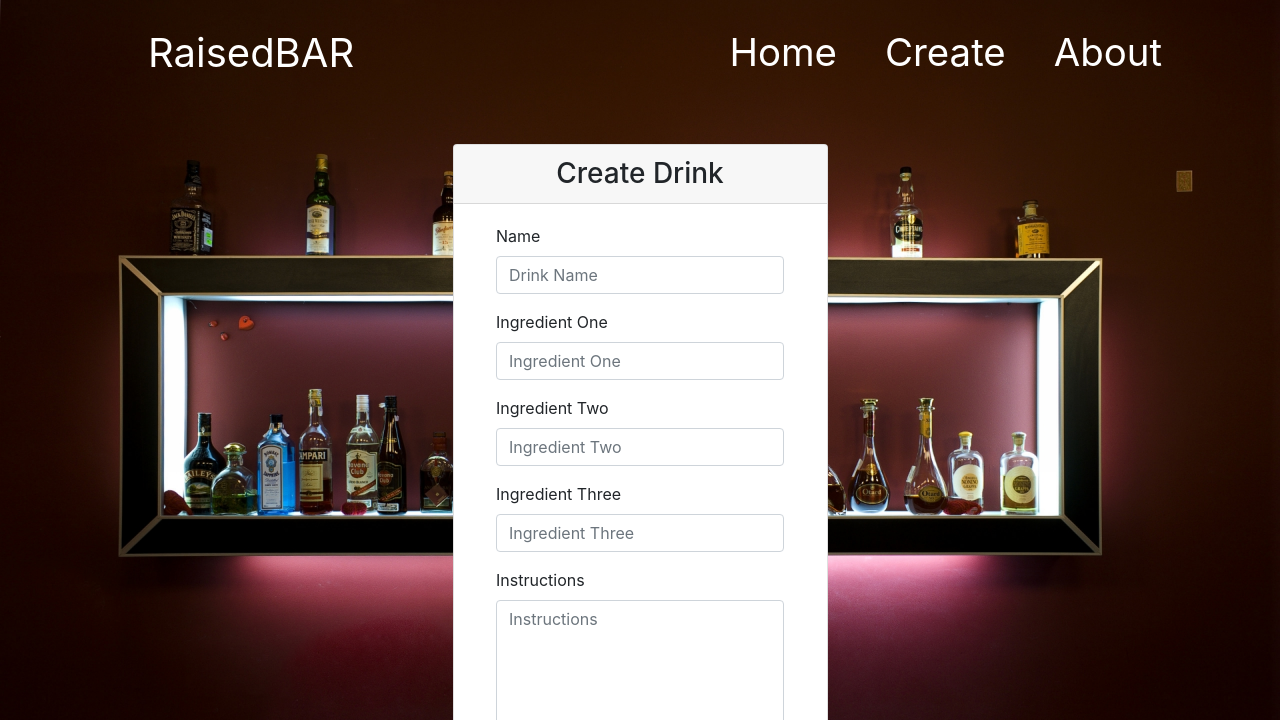
Repository: Ianodad/RaisedBar
Page: /create-drink
An editor plug-in stored every save of this project. The page is shown before and after a run of saves, followed by the edit.
The browser window is 1280 px wide. The pictures show the whole page.
The project was rebuilt for these pictures with package versions that can differ from the ones it lists, and the page was loaded fresh each time. Also part of the build but not shown: src/api/client.js, src/api/cocktaildb.js, src/component/Search/index.js, src/component/Common/Button/Button.js, src/pages/Home.css, src/component/Common/showCard/Card.css, src/component/Common/showCard/Card.js, src/component/CollectionView/index.js and 4 more.

Above is the page before, as saved 2021-02-02 09:33:21.

### src/index.js
import React from 'react';
import ReactDOM from 'react-dom';
import App from './App';
import reportWebVitals from './reportWebVitals';

import { BrowserRouter } from "react-router-dom";
// import 'bootstrap/dist/css/bootstrap.min.css';
import 'bootstrap/dist/css/bootstrap.min.css';




ReactDOM.render(
  <BrowserRouter>
    <App />
  </BrowserRouter>,
  document.getElementById('root')
);

// If you want to start measuring performance in your app, pass a function
// to log results (for example: reportWebVitals(console.log))
// or send to an analytics endpoint. Learn more: https://bit.ly/CRA-vitals
reportWebVitals();

### src/App.js
import {Route, Switch, Redirect } from "react-router-dom";
import React, { Component } from "react";

import Home from "./pages/Home";
import Details from "./pages/Details";
import CreateDrink from "./pages/CreateDrink";
import SearchPage from "./pages/SearchPage";


import NotFound from "./pages/NotFound";
import Navbar from "./component/Navbar";


class App extends Component {
  render() {
    return (
      <React.Fragment>
       {/* <Navbar/> */}
        <Switch>
					<Route path='/' exact component={Home} />
					<Route exact path='/details/:id' component={Details}/>
          <Route exact path='/create-drink' component={CreateDrink}/>
          <Route exact path='/search' component={SearchPage}/>
					<Route path='/notFound' component={NotFound} />
					<Redirect to='/notFound' />
				</Switch>
     </React.Fragment>
    )
  }
}

export default App

### src/pages/CreateDrink.js
import React, { Component } from "react";
import Layout from "../component/Layout/index";
import { Formik } from "formik";
import firebase from '../firebase'
import nextId from "react-id-generator";


import * as Yup from 'yup';


const validationSchema = Yup.object().shape({
  drinkName : Yup.string()
    .required()
    .email("well that's not an email")

});

class CreateDrink extends Component {

  componentDidMount = async()=>{

    return firebase.firestore().collection("Cocktail")
      .doc("DrinksCreated")
      .set({
        timecreate: firebase.firestore.FieldValue.serverTimestamp(),
        drinkName:'coke',
        ingredient1: "water",
        ingredient2: 'ice',
        ingredient3: "sugar",
        instructions:"mix all together"
      })
      .then(function () {
        console.log("Document successfully written!");
      })
      .catch(function (error) {
        console.error("Error writing document: ", error);
      });

  }

    handleCreateDrink = ({drinkName, ingredient1, ingredient2, ingredient3, instructions}) => {
      console.log(drinkName, ingredient1, ingredient2, ingredient3, instructions)
     return firebase.firestore().collection("Cocktail")
      .doc(drinkName)
      .set({
        idDrink:  nextId(),
        timeCreate: firebase.firestore.FieldValue.serverTimestamp(),
        drinkName: drinkName,
        ingredient1: ingredient1,
        ingredient2: ingredient2,
        ingredient3: ingredient3,
        instructions: instructions
      })
      .then(function () {
        console.log("Document successfully written!");
        window.location = "/";
      })
      .catch(function (error) {
        console.error("Error writing document: ", error);
      });

    };
  render() {
    return (
      <Layout className="container-fluid h-100">
        <div
          className="card card-outline-secondary mx-auto"
          style={{ top: "20%", width: "30%" }}
        >
          <div className="card-header">
            <h3 className="mb-0 text-center">Create Drink</h3>
          </div>
          <div className="card-body mx-auto">
            <Formik
              initialValues={{
                drinkName: "",
                ingredient1: "",
                ingredient2: "",
                ingredient3: "",
                file:"",
                instructions: "",
              }}
              validate={this.validationSchema}
              onSubmit={(values) => {
                this.handleCreateDrink(values);
              }}
            >
              {({
                values,
                handleChange,
                handleBlur,
                handleSubmit,
                isSubmitting,
              }) => (
                <form
                  className="form"
                  role="form"
                  autoComplete="off"
                  onSubmit={handleSubmit}
                  style={{width:'18em'}}
                >
                  <div className="form-group">
                    <label htmlFor="inputName">Name</label>
                    <input
                      type="text"
                      name="drinkName"
                      onChange={handleChange("drinkName")}
                      onBlur={handleBlur}
                      // value={values.drinkName}
                      className="form-control"
                      id="drinkName"
                      placeholder="Drink Name"
                    />
                  </div>
                  <div className="form-group">
                    <label htmlFor="ingredient1">Ingredient One</label>
                    <input
                      type="text"
                      className="form-control"
                      onChange={handleChange("ingredient1")}
                      // value={values.ingredient1}
                      onBlur={handleBlur}
                      id="ingredient1"
                      placeholder="Ingredient One"
                      required
                    />
                  </div>
                  <div className="form-group">
                    <label htmlFor="ingredient2">Ingredient Two</label>
                    <input
                      type="text"
                      className="form-control"
                      // value={values.ingredient2}
                      onChange={handleChange("ingredient2")}
                      onBlur={handleBlur}
                      id="ingredient2"
                      placeholder="Ingredient Two"
                      required
                    />
                  </div>
                  <div className="form-group">
                    <label htmlFor="ingredient3">Ingredient Three</label>
                    <input
                      type="text"
                      className="form-control"
                      // value={values.ingredient3}
                      onChange={handleChange("ingredient3")}
                      onBlur={handleBlur}
                      id="ingredient3"
                      placeholder="Ingredient Three"
                      required
                    />
                  </div>
                  {/* <div className="form-group">
                    <label for="file">File upload</label>
                    <input
                      id="file"
                      name="file"
                      type="file"
                      onChange={handleChange("file")}
                      className="form-control"
                    />
                  </div> */}
                  <div className="form-group">
                    <label htmlFor="instructions">Instructions</label>
                    <textarea
                      type="text"
                      className="form-control"
                      // value={values.instructions}
                      onChange={handleChange("instructions")}
                      id="instructions"
                      placeholder="Instructions"
                      rows="5"
                      required
                    />
                  </div>
                  <div className="form-group">
                    <button
                      type="submit"
                      className="btn btn-success btn-lg mx-auto"
                    >
                      Create Drink
                    </button>
                  </div>
                </form>
              )}
            </Formik>
          </div>
        </div>
      </Layout>
    );
  }
}

export default CreateDrink;

### src/component/Navbar/index.js
import React, { Component } from 'react'
import { NavLink } from "react-router-dom";

import "./Navbar.css";




class index extends Component {
    render() {
        return (
          <nav className="nav">
            <div className="container">
              <div className="logo">
                <a href="#" style={{color:"white"}}>RaisedBAR</a>
              </div>
              <div id="mainListDiv" className="main_list">
                <ul className="navlinks">
                  <li>
                    <NavLink active to="/">
                        Home
                    </NavLink>
                  </li>
                  <li>
                    <NavLink to="/create-drink">
                        Create
                    </NavLink>
                  </li>
                  <li>
                    <NavLink to="/about">
                       About
                    </NavLink>
                  </li>
                </ul>
              </div>
              <span className="navTrigger">
                <i />
                <i />
                <i />
              </span>
            </div>
          </nav>
        );
    }
}

export default index

### src/component/Layout/index.js
import React, { Component } from 'react'
import "./Layout.css";
import Navbar from "../Navbar";


class index extends Component {
    render() {
        const {className, style, }= this.props
        return (
            <div className={className} style={{style}} id="main-body">
                <Navbar/>
                {this.props.children}
            </div>
        )
    }
}

export default index

### src/firebase.js
import firebase from 'firebase'

import 'firebase/firestore'

const firebaseConfig = {
    apiKey: process.env.REACT_APP_FIREBASE_API_KEY,
    authDomain: process.env.REACT_APP_FIREBASE_AUTH_DOMAIN,
    projectId: process.env.REACT_APP_FIREBASE_PROJECT_ID,
    storageBucket: process.env.REACT_APP_FIREBASE_STORAGE_BUCKET,
    messagingSenderId: process.env.REACT_APP_FIREBASE_MASSAGING_SENDER_ID,
    appId: process.env.REACT_APP_FIREBASE_APP_ID,
    measurementId: process.env.REACT_APP_FIREBASE_MEASUREMENT_ID
  };


firebase.initializeApp(firebaseConfig);

export default firebase;

### src/component/Navbar/Navbar.css
@import url('https://fonts.googleapis.com/css?family=Quicksand:400,500,700');

.nav {
    width: 100%;
    height: 65px;
    position: fixed;
    line-height: 65px;
    text-align: center;
}

.nav div.logo {
    float: left;
    width: auto;
    height: auto;
    padding-left: 3rem;
}

.nav div.logo a {
    text-decoration: none;
    color: black;
    font-size: 2.5rem;
}

.nav div.logo a:hover {
    color: #e61b00;
}

.nav div.main_list {
    height: 65px;
    float: right;
}

.nav div.main_list ul {
    width: 100%;
    height: 65px;
    display: flex;
    list-style: none;
    margin: 0;
    padding: 0;
}

.nav div.main_list ul li {
    width: auto;
    height: 65px;
    padding: 0;
    padding-right: 3rem;
}

.nav div.main_list ul li a {
    text-decoration: none;
    color: rgb(255, 255, 255);
    line-height: 65px;
    font-size: 2.4rem;
}

.nav div.main_list ul li a:hover {
    color: #e62300;
}


.navTrigger {
    display: none;
}

.nav {
    padding-top: 20px;
    padding-bottom: 20px;
    -webkit-transition: all 0.4s ease;
    transition: all 0.4s ease;
}


/* Media qurey section */


@media screen and (max-width:768px) {
    .navTrigger {
        display: block;
    }
    .nav div.logo {
        margin-left: 15px;
    }
    .nav div.main_list {
        width: 100%;
        height: 0;
        overflow: hidden;
    }
    .nav div.show_list {
        height: auto;
        display: none;
    }
    .nav div.main_list ul {
        flex-direction: column;
        width: 100%;
        height: 100vh;
        right: 0;
        left: 0;
        bottom: 0;
        background-color: #111;
        /*same background color of navbar*/
        background-position: center top;
    }
    .nav div.main_list ul li {
        width: 100%;
        text-align: right;
    }
    .nav div.main_list ul li a {
        text-align: center;
        width: 100%;
        font-size: 3rem;
        padding: 20px;
    }
    .nav div.media_button {
        display: block;
    }
}


/* Animation */

.navTrigger {
    cursor: pointer;
    width: 30px;
    height: 25px;
    margin: auto;
    position: absolute;
    right: 30px;
    top: 0;
    bottom: 0;
}

.navTrigger i {
    background-color: #fff;
    border-radius: 2px;
    content: '';
    display: block;
    width: 100%;
    height: 4px;
}

.navTrigger i:nth-child(1) {
    -webkit-animation: outT 0.8s backwards;
    animation: outT 0.8s backwards;
    -webkit-animation-direction: reverse;
    animation-direction: reverse;
}

.navTrigger i:nth-child(2) {
    margin: 5px 0;
    -webkit-animation: outM 0.8s backwards;
    animation: outM 0.8s backwards;
    -webkit-animation-direction: reverse;
    animation-direction: reverse;
}

.navTrigger i:nth-child(3) {
    -webkit-animation: outBtm 0.8s backwards;
    animation: outBtm 0.8s backwards;
    -webkit-animation-direction: reverse;
    animation-direction: reverse;
}

.navTrigger.active i:nth-child(1) {
    -webkit-animation: inT 0.8s forwards;
    animation: inT 0.8s forwards;
}

.navTrigger.active i:nth-child(2) {
    -webkit-animation: inM 0.8s forwards;
    animation: inM 0.8s forwards;
}

.navTrigger.active i:nth-child(3) {
    -webkit-animation: inBtm 0.8s forwards;
    animation: inBtm 0.8s forwards;
}

@-webkit-keyframes inM {
    50% {
        -webkit-transform: rotate(0deg);
    }
    100% {
        -webkit-transform: rotate(45deg);
    }
}

@keyframes inM {
    50% {
        transform: rotate(0deg);
    }
    100% {
        transform: rotate(45deg);
    }
}

@-webkit-keyframes outM {
    50% {
        -webkit-transform: rotate(0deg);
    }
    100% {
        -webkit-transform: rotate(45deg);
    }
}

@keyframes outM {
    50% {
        transform: rotate(0deg);
    }
    100% {
        transform: rotate(45deg);
    }
}

@-webkit-keyframes inT {
    0% {
        -webkit-transform: translateY(0px) rotate(0deg);
    }
    50% {
        -webkit-transform: translateY(9px) rotate(0deg);
    }
    100% {
        -webkit-transform: translateY(9px) rotate(135deg);
    }
}

@keyframes inT {
    0% {
        transform: translateY(0px) rotate(0deg);
    }
    50% {
        transform: translateY(9px) rotate(0deg);
    }
    100% {
        transform: translateY(9px) rotate(135deg);
    }
}

@-webkit-keyframes outT {
    0% {
        -webkit-transform: translateY(0px) rotate(0deg);
    }
    50% {
        -webkit-transform: translateY(9px) rotate(0deg);
    }
    100% {
        -webkit-transform: translateY(9px) rotate(135deg);
    }
}

@keyframes outT {
    0% {
        transform: translateY(0px) rotate(0deg);
    }
    50% {
        transform: translateY(9px) rotate(0deg);
    }
    100% {
        transform: translateY(9px) rotate(135deg);
    }
}

@-webkit-keyframes inBtm {
    0% {
        -webkit-transform: translateY(0px) rotate(0deg);
    }
    50% {
        -webkit-transform: translateY(-9px) rotate(0deg);
    }
    100% {
        -webkit-transform: translateY(-9px) rotate(135deg);
    }
}

@keyframes inBtm {
    0% {
        transform: translateY(0px) rotate(0deg);
    }
    50% {
        transform: translateY(-9px) rotate(0deg);
    }
    100% {
        transform: translateY(-9px) rotate(135deg);
    }
}

@-webkit-keyframes outBtm {
    0% {
        -webkit-transform: translateY(0px) rotate(0deg);
    }
    50% {
        -webkit-transform: translateY(-9px) rotate(0deg);
    }
    100% {
        -webkit-transform: translateY(-9px) rotate(135deg);
    }
}

@keyframes outBtm {
    0% {
        transform: translateY(0px) rotate(0deg);
    }
    50% {
        transform: translateY(-9px) rotate(0deg);
    }
    100% {
        transform: translateY(-9px) rotate(135deg);
    }
}

### src/component/Layout/Layout.css
body,
html {
  height: 100%;
  width: 100%;
  margin: 0;
  padding: 0;
  /* background: #e74c3c !important; */
}


#main-body{
    background-image: url("../../img/main_background.jpg");
    background-repeat: no-repeat;
    background-size: cover;
    background-position: center;
    height: 100%;
    width: 100%;
    position: fixed;
}

### src/component/Search/Search.css
body,
html {
  height: 100%;
  width: 100%;
  margin: 0;
  padding: 0;
  background: #e74c3c !important;
}

.searchbar {
  margin-bottom: auto;
  margin-top: auto;
  height: 60px;
  background-color: #353b48;
  border-radius: 30px;
  padding: 10px;
}

.search_input {
  color: white;
  border: 0;
  outline: 0;
  background: none;
  width: 0;
  caret-color: transparent;
  line-height: 40px;
  transition: width 0.4s linear;
}

.searchbar:hover > .search_input {
  padding: 0 10px;
  width: 450px;
  caret-color: red;
  transition: width 0.4s linear;
}

.searchbar:hover > .search_icon {
  background: white;
  color: #e74c3c;
}

.search_icon {
  height: 40px;
  width: 40px;
  float: right;
  display: flex;
  justify-content: center;
  align-items: center;
  border-radius: 50%;
  color: white;
  text-decoration: none;
}

### src/component/Common/Button/button.css
@import url('https://fonts.googleapis.com/css?family=Mukta:700');
 * {
	 box-sizing: border-box;
}
 *::before, *::after {
	 box-sizing: border-box;
}
 body {
	 font-family: 'Mukta', sans-serif;
	 /* font-size: 1rem;
	 line-height: 1.5;
	 display: flex;
	 align-items: center;
	 justify-content: center;
	 margin: 0;
	 min-height: 100vh;
	 background: #f3f8fa; */
}
 button {
	 position: relative;
	 display: inline-block;
	 cursor: pointer;
	 outline: none;
	 border: 0;
	 vertical-align: middle;
	 text-decoration: none;
	 background: transparent;
	 padding: 0;
	 font-size: inherit;
	 font-family: inherit;
}
 button.learn-more {
	 width: 12rem;
	 height: auto;
}
 button.learn-more .circle {
	 transition: all 0.45s cubic-bezier(0.65, 0, 0.076, 1);
	 position: relative;
	 display: block;
	 margin: 0;
	 width: 3rem;
	 height: 3rem;
	 background: #282936;
	 border-radius: 1.625rem;
}
 button.learn-more .circle .icon {
	 transition: all 0.45s cubic-bezier(0.65, 0, 0.076, 1);
	 position: absolute;
	 top: 0;
	 bottom: 0;
	 margin: auto;
	 background: #fff;
}
 button.learn-more .circle .icon.arrow {
	 transition: all 0.45s cubic-bezier(0.65, 0, 0.076, 1);
	 left: 0.625rem;
	 width: 1.125rem;
	 height: 0.125rem;
	 background: none;
}
 button.learn-more .circle .icon.arrow::before {
	 position: absolute;
	 content: '';
	 top: -0.25rem;
	 right: 0.0625rem;
	 width: 0.625rem;
	 height: 0.625rem;
	 border-top: 0.125rem solid #fff;
	 border-right: 0.125rem solid #fff;
	 transform: rotate(45deg);
}
 button.learn-more .button-text {
	 transition: all 0.45s cubic-bezier(0.65, 0, 0.076, 1);
	 position: absolute;
	 top: 0;
	 left: 0;
	 right: 0;
	 bottom: 0;
	 padding: 0.75rem 0;
	 margin: 0 0 0 1.85rem;
	 color: #282936;
	 font-weight: 700;
	 line-height: 1.6;
	 text-align: center;
	 text-transform: uppercase;
}
 button:hover .circle {
	 width: 100%;
}
 button:hover .circle .icon.arrow {
	 background: #fff;
	 transform: translate(1rem, 0);
}
 button:hover .button-text {
	 color: #fff;
}
 @supports (display: grid) {
	 /* body {
		 display: grid;
		 grid-template-columns: repeat(4, 1fr);
		 grid-gap: 0.625rem;
		 grid-template-areas: ". main main ." ". main main .";
	} */
	 #container {
		 grid-area: main;
		 align-self: center;
		 justify-self: center;
	}
}

Loaded but not shown: public/index.html (common file); src/reportWebVitals.js (common file)

After the next 4 saves:
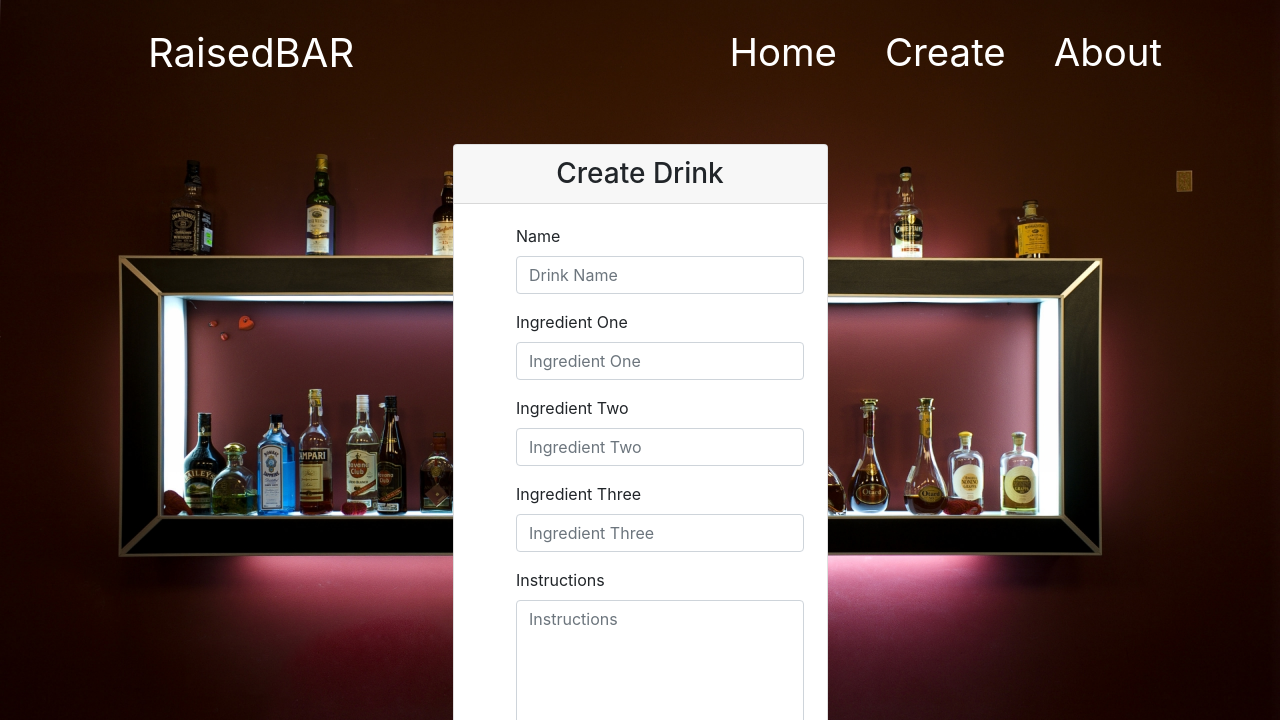
The 4 saves are shown as one change because they came seconds apart.
The last was saved 38 s later.
--- a/src/pages/CreateDrink.js
+++ b/src/pages/CreateDrink.js
@@ -70,7 +70,7 @@ class CreateDrink extends Component {
           <div className="card-header">
             <h3 className="mb-0 text-center">Create Drink</h3>
           </div>
-          <div className="card-body mx-auto">
+          <div className="card-body mx-auto" style={{width:"18em"}}>
             <Formik
               initialValues={{
                 drinkName: "",
